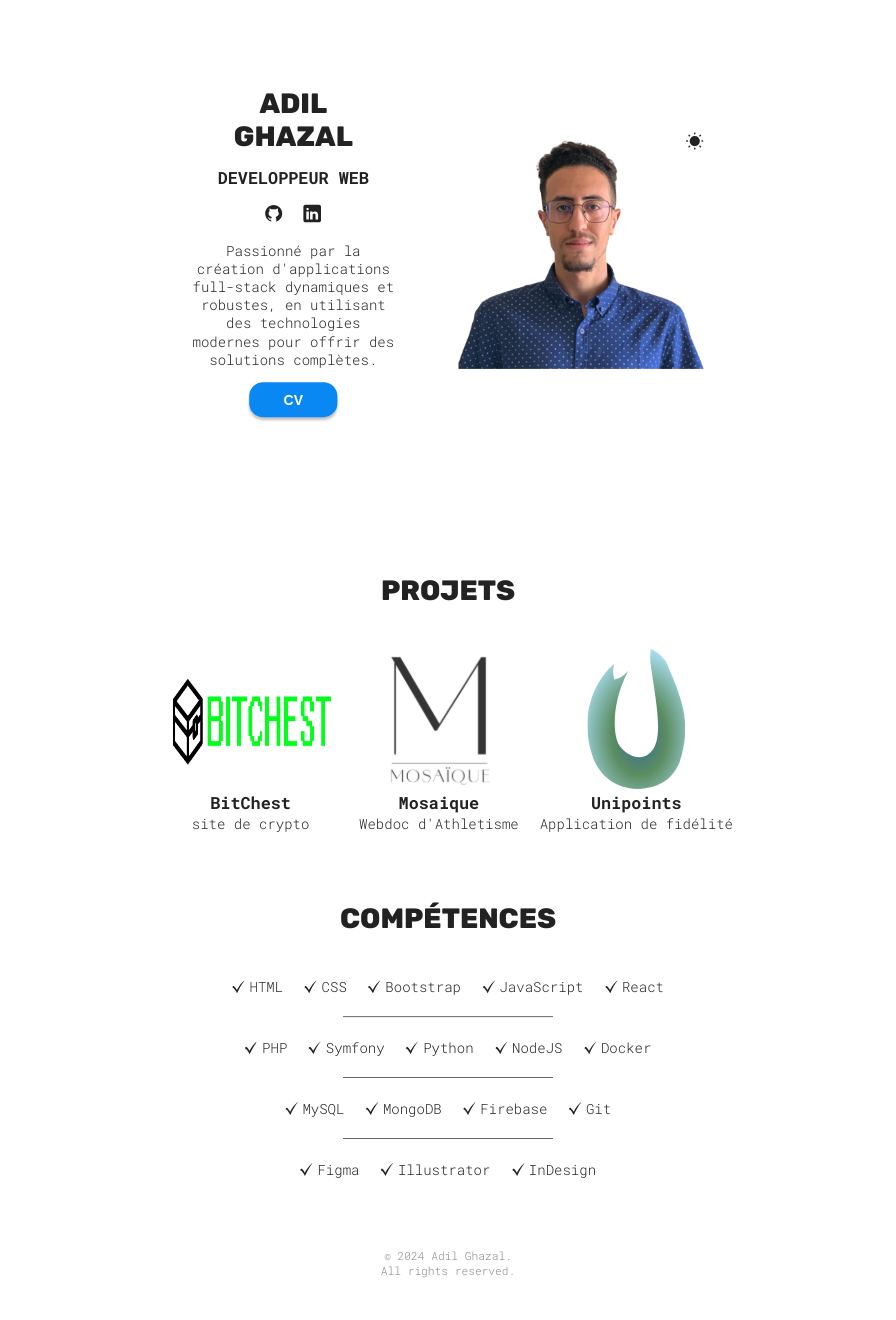
Repository: AdilGHAZAL/portfolio
Page: /
The author's editor kept a copy of each file at every save. The page is drawn from the files as they stood at one save, then again after the next save.
The browser window is 1280 px wide. The pictures show the whole page, at 70% of full size.
The project was rebuilt for these pictures with package versions that can differ from the ones it lists, and the page was loaded fresh each time. Also part of the build but not shown: vite.config.js. Imported but missing from the stored project, and not drawn on this page: src/assets/CV.pdf.

Above is the page before, as saved 2024-07-31 20:04:27.

After the next save:
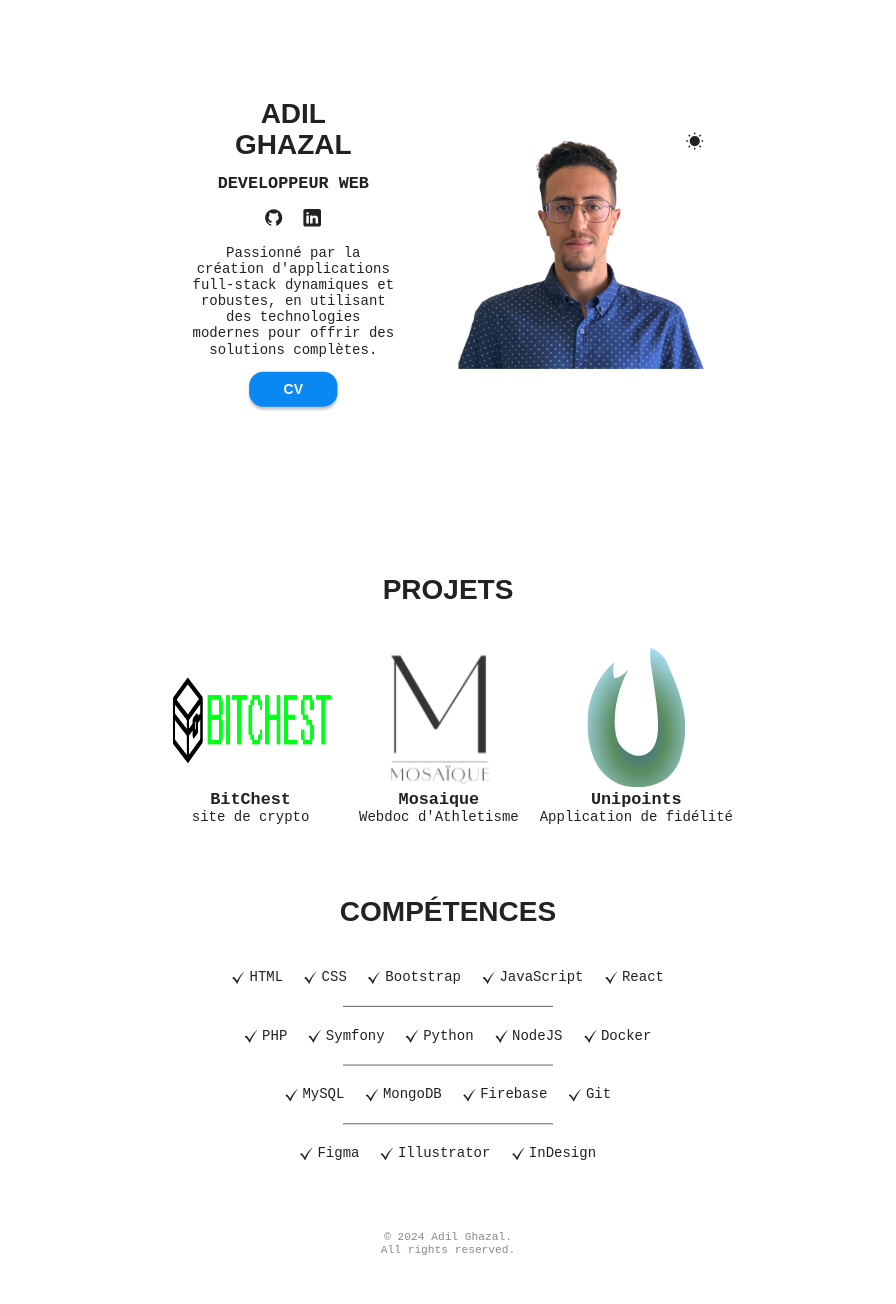
Saved 59 s later.
--- a/index.html
+++ b/index.html
@@ -6,9 +6,7 @@
     <meta name="viewport" content="width=device-width, initial-scale=1.0" />
     <link rel="preconnect" href="https://fonts.googleapis.com" />
     <link rel="preconnect" href="https://fonts.gstatic.com" crossorigin />
-    <link
-      href="https://fonts.googleapis.com/css2?family=Roboto+Mono:wght@100..700&family=Rubik:wght@800&display=swap"
-      rel="stylesheet" />
+
     <title>Adil Ghazal</title>
   </head>
   <body>

After the save that followed:
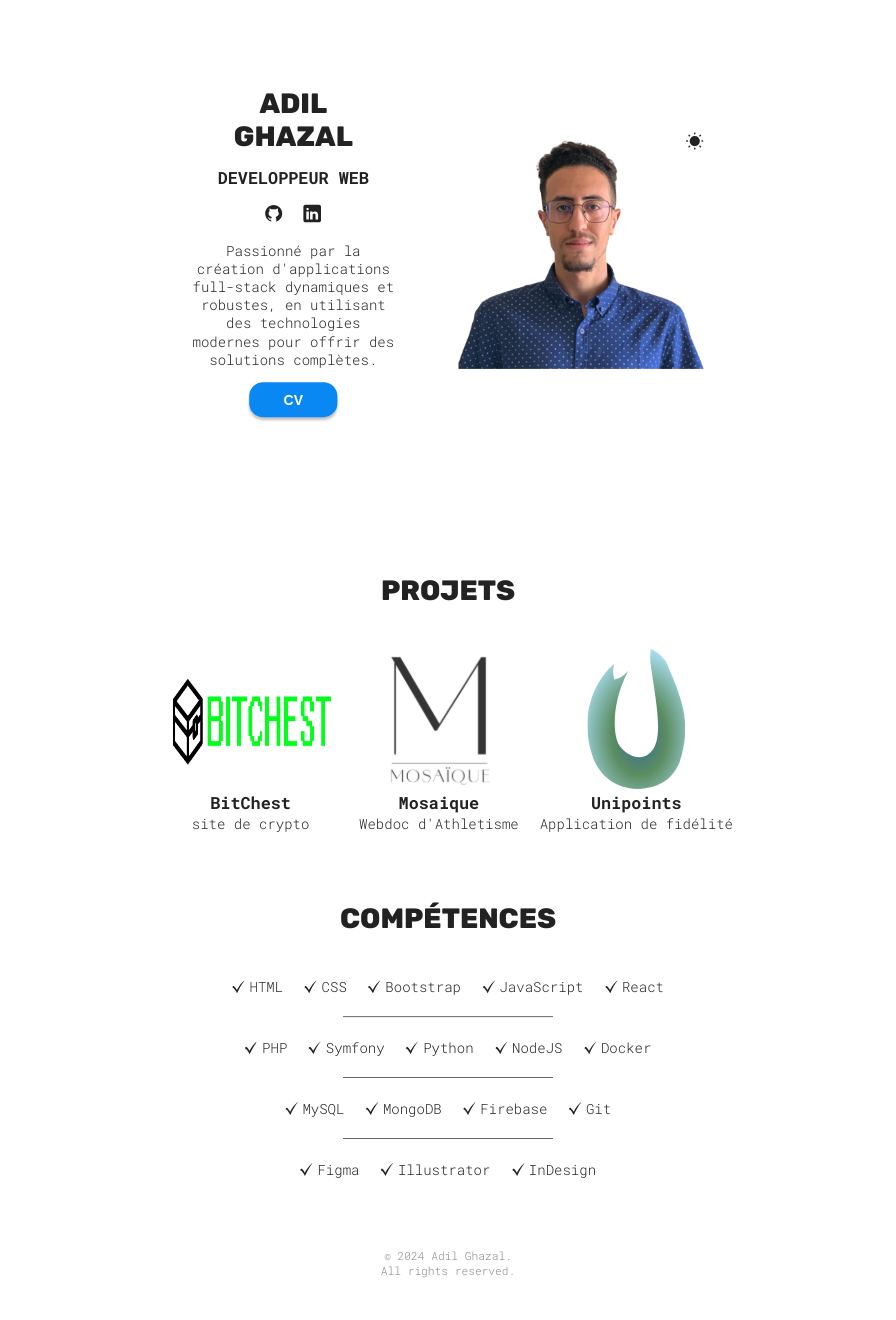
Saved 10 s later.
--- a/index.html
+++ b/index.html
@@ -6,7 +6,9 @@
     <meta name="viewport" content="width=device-width, initial-scale=1.0" />
     <link rel="preconnect" href="https://fonts.googleapis.com" />
     <link rel="preconnect" href="https://fonts.gstatic.com" crossorigin />
-
+    <link
+      href="https://fonts.googleapis.com/css2?family=Roboto+Mono:wght@100..700&family=Rubik:wght@800&display=swap"
+      rel="stylesheet" />
     <title>Adil Ghazal</title>
   </head>
   <body>
